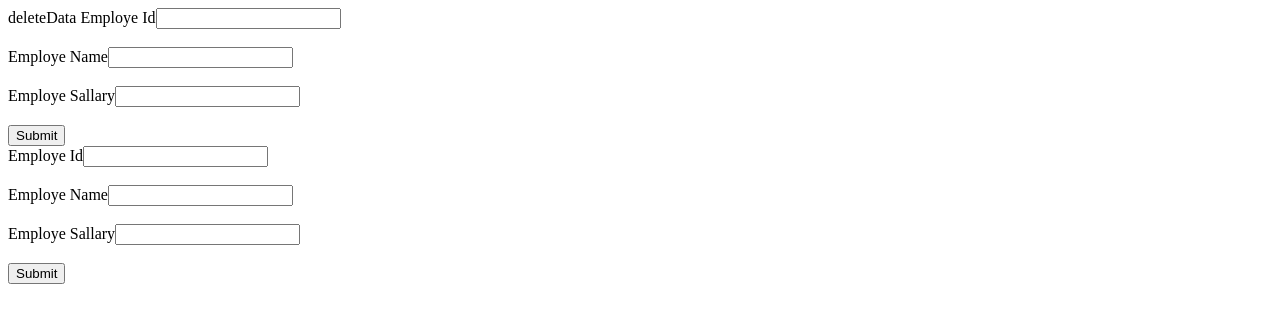
Repository: nitesh0402/spring-mvc-project
Page: http://localhost/SpringCrud/
An editor plug-in stored every save of this project. The page is shown before and after the next save, followed by the edit.
The browser window is 1280 px wide. The pictures show the whole page.
The page is served by Tomcat 9. Other server files are loaded and not shown.

Above is the page before, as saved 2022-06-18 09:32:54.

### new-nitesh-workspace/SpringCrud/src/main/webapp/index.jsp
<%@ page language="java" contentType="text/html; charset=ISO-8859-1"
    pageEncoding="ISO-8859-1"%>
<!DOCTYPE html>
<html>
<head>
<meta charset="ISO-8859-1">
<title>Insert title here</title>
</head>
<body>
<!--  <a href="si">call SiForm</a><br><br>  -->

  <!--  <a href="fetchStudents">fetch student records</a><br><br>
 -->
<!-- <form action="stuDetail">
RollNumber<input type="number" name="rollNum" id="rollNum"><br><br>
Student Name<input type="text" name="name" id="name"><br><br>
<input type="submit">
</form>  -->


  <form action="DeleteStudent">   deleteData
Employe Id<input type="number" name="empId" id="empId"><br><br>
Employe Name<input type="text" name="empName" id="empName"><br><br>
Employe Sallary<input type="number" name="empSall" id="empSall"><br><br>
<input type="submit">
</form>



 <form action="Insert">
Employe Id<input type="number" name="empId" id="empId"><br><br>
Employe Name<input type="text" name="empName" id="empName"><br><br>

Employe Sallary<input type="number" name="empSall" id="empSall"><br><br>
<input type="submit">
</form>


</body>
</html>

After the next save:
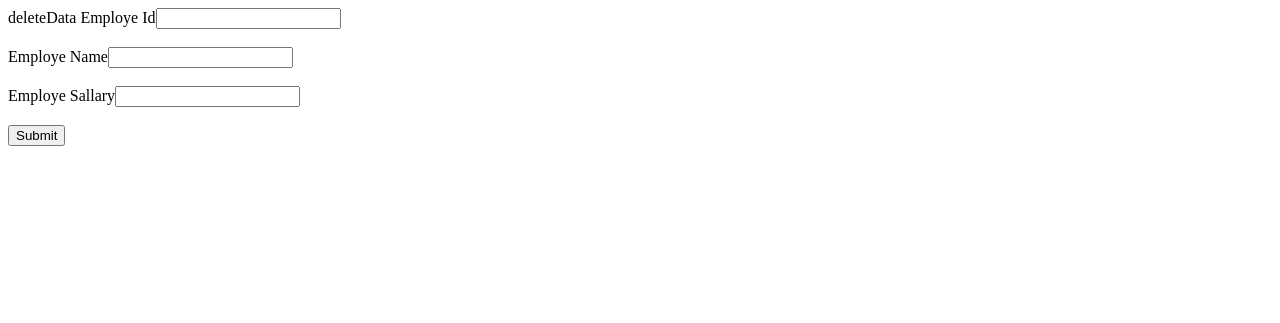
Saved 5 s later.
--- a/new-nitesh-workspace/SpringCrud/src/main/webapp/index.jsp
+++ b/new-nitesh-workspace/SpringCrud/src/main/webapp/index.jsp
@@ -27,14 +27,14 @@ Employe Sallary<input type="number" name="empSall" id="empSall"><br><br>
 
 
 
- <form action="Insert">
+<!--  <form action="Insert">
 Employe Id<input type="number" name="empId" id="empId"><br><br>
 Employe Name<input type="text" name="empName" id="empName"><br><br>
 
 Employe Sallary<input type="number" name="empSall" id="empSall"><br><br>
 <input type="submit">
 </form>
-
+  -->
 
 </body>
 </html>
